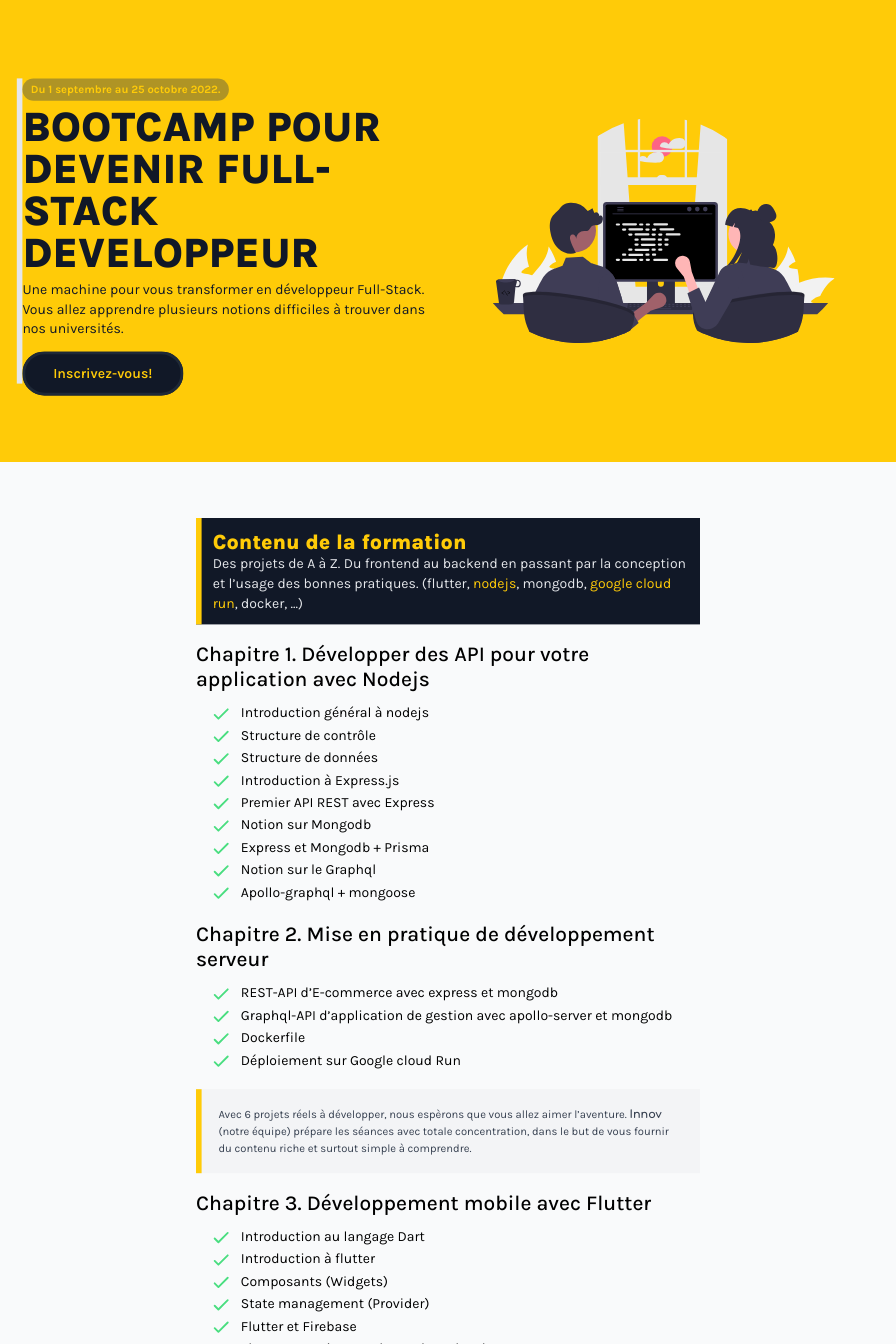
Repository: alfredlwanzo/course
Page: /
These files come from the project's save history. The page is drawn as it stood at one moment and after the next save; the edit follows.
The browser window is 1280 px wide. The pictures show the part of the page from y = 0 to 1920 px (the page is 3478 px tall), at 70% of full size.
The project was rebuilt for these pictures with package versions that can differ from the ones it lists, and the page was loaded fresh each time. The framework's server and built-in components were replaced by stand-ins that run in the browser. Also part of the build but not shown: next.config.js.

Above is the page before, as saved 2022-08-09 16:14:05.

### pages/_app.tsx
import '../src/styles/globals.css'
import type { AppProps } from 'next/app'

function MyApp({ Component, pageProps }: AppProps) {
  return <Component {...pageProps} />
}

export default MyApp

### pages/_document.tsx
import NextDocument, { Html, Head, Main, NextScript } from "next/document";

type Props = {};

class MyDocument extends NextDocument<Props> {
  render() {
    return (
      <Html>
        <Head>
          <link rel="manifest" href="/manifest.json" />
          <link rel="apple-touch-icon" href="/icon.png"></link>
          <meta name="theme-color" content="#FFCB08" />
          <link rel="icon" href="/favicon.ico" />
        </Head>
        <body>
          <Main />
          <NextScript />
        </body>
      </Html>
    );
  }
}

export default MyDocument;

### pages/index.tsx
import Footer from '@src/components/Footers/Footer'
import ContentSection from '@src/components/sections/Content'
import HomeSection from '@src/components/sections/Home'
import PricingSection from '@src/components/sections/Pricing'
import type { NextPage } from 'next'
import Head from 'next/head'
import Image from 'next/image'


const Home: NextPage = () => {
  return (
    <div className="">
      <Head>
        <title>Innov | Bootcamp pour devenir fullStack developpeur</title>
        <meta name="description" content="Generated by create next app" />
        <link rel="icon" href="/favicon.ico" />
      </Head>

      <main className="">
       <section className="bg-primary pt-12 md:pt-28 pb-14 md:pb-28">
        {/* section Home */}
        <HomeSection/>
       </section>

       {/* section content */}
       <section className="py-6 md:py-20">
        <ContentSection/>
       </section>
       {/* Section pricing */}
       <section>
        <PricingSection/>
       </section>
      </main>

      <Footer/>
    </div>
  )
}

export default Home

### src/styles/globals.css

/* Fonts: Comfortaa & Karla */
@import url('https://fonts.googleapis.com/css2?family=Comfortaa:wght@300;400;500;600;700&display=swap');
@import url('https://fonts.googleapis.com/css2?family=Karla:ital,wght@0,200;0,300;0,400;0,500;0,600;0,700;0,800;1,200;1,300;1,400;1,500;1,600;1,700;1,800&display=swap');

/* tailwind */
@tailwind base;
@tailwind components;
@tailwind utilities;


html,
body {
  padding: 0;
  margin: 0;
  @apply bg-gray-50;
  font-family: 'Karla', sans-serif;
}

a {
  color: inherit;
  text-decoration: none;
}

* {
  box-sizing: border-box;
}

### src/components/Footers/Footer.tsx
import React from 'react'
import Copyright from './Copyright'


const Footer = () => {
  return (
    <div className='bg-gray-900'>
        <Copyright/>
    </div>
  )
}

export default Footer

### src/components/sections/Content.tsx
import React from "react";
import { CheckIcon } from "@heroicons/react/outline";

const ContentSection = () => {
  return (
    <article className="max-w-3xl mx-auto px-3 sm:px-6">
      <blockquote className="bg-gray-900 border-l-8 border-l-primary text-xl text-gray-200 p-4">
        <h6 className="text-primary text-3xl font-extrabold">Contenu de la formation</h6>
        Des projets de A à Z. Du frontend au backend en passant par la conception et l’usage des bonnes pratiques. (flutter, <span className="text-primary">nodejs</span>,  mongodb, <span className="text-primary">google cloud run</span>, docker, ...)
        {/* Nous avons mis du temps à préparer afin de produire un contenue riche. Nous avons appliqué une approche de rendre des notions complexes, faciles à apprendre. Nous voulons qu’une personne après avoir participer à cette formation puisse être capable de produire une application de A à Z sans beaucoup de difficultés. Notre Objectif est de créer de meilleurs développeurs Full-stack. */}
      </blockquote>
      {/* Chapter 1 */}
      <div className="mt-6">
        <h2 className="text-3xl font-medium">
          Chapitre 1. Développer des API pour votre application avec Nodejs
        </h2>
        <ul className="list-inside pl-5 mt-4">
          <li className="text-xl ">
            <CheckIcon className="inline-block h-8 w-8 mr-3 text-green-400" />
            Introduction général à nodejs
          </li>
          <li className="text-xl ">
            <CheckIcon className="inline-block h-8 w-8 mr-3 text-green-400" />
            Structure de contrôle
          </li>
          <li className="text-xl ">
            <CheckIcon className="inline-block h-8 w-8 mr-3 text-green-400" />
            Structure de données
          </li>
          <li className="text-xl ">
            <CheckIcon className="inline-block h-8 w-8 mr-3 text-green-400" />
            Introduction à Express.js
          </li>
          <li className="text-xl ">
            <CheckIcon className="inline-block h-8 w-8 mr-3 text-green-400" />
            Premier API REST avec Express
          </li>
          <li className="text-xl ">
            <CheckIcon className="inline-block h-8 w-8 mr-3 text-green-400" />
            Notion sur Mongodb
          </li>
          <li className="text-xl ">
            <CheckIcon className="inline-block h-8 w-8 mr-3 text-green-400" />
            Express et Mongodb + Prisma
          </li>
          <li className="text-xl ">
            <CheckIcon className="inline-block h-8 w-8 mr-3 text-green-400" />
            Notion sur le Graphql
          </li>
          <li className="text-xl ">
            <CheckIcon className="inline-block h-8 w-8 mr-3 text-green-400" />
            Apollo-graphql + mongoose
          </li>
        </ul>
      </div>
      {/* Chapitre 2 */}
      <div className="mt-6">
        <h2 className="text-3xl font-medium">
          Chapitre 2. Mise en pratique de développement serveur
        </h2>
        <ul className="list-inside pl-5 mt-4 ">
          <li className="text-xl ">
            <CheckIcon className="inline-block h-8 w-8 mr-3 text-green-400" />
            REST-API d’E-commerce avec express et mongodb
          </li>
          <li className="text-xl ">
            <CheckIcon className="inline-block h-8 w-8 mr-3 text-green-400" />
            Graphql-API d’application de gestion avec apollo-server et mongodb
          </li>
          <li className="text-xl ">
            <CheckIcon className="inline-block h-8 w-8 mr-3 text-green-400" />
            Dockerfile
          </li>
          <li className="text-xl ">
            <CheckIcon className="inline-block h-8 w-8 mr-3 text-green-400" />
            Déploiement sur Google cloud Run
          </li>
        </ul>
      </div>
      <blockquote className="border-l-8 border-l-primary p-6 mt-6 bg-gray-100 text-gray-700">
      Avec 6 projets réels à développer,
            nous espèrons que vous allez aimer l’aventure.{" "}
            <span className="font-comfortaa font-bold">Innov</span> (notre
            équipe) prépare les séances avec totale concentration, dans le but
            de vous fournir du contenu riche et surtout simple à comprendre.
      </blockquote>
      {/* Chapitre 3 */}
      <div className="mt-6">
        <h2 className="text-3xl font-medium">
          Chapitre 3. Développement mobile avec Flutter
        </h2>
        <ul className="list-inside pl-5 mt-4 ">
          <li className="text-xl ">
            <CheckIcon className="inline-block h-8 w-8 mr-3 text-green-400" />
            Introduction au langage Dart
          </li>
          <li className="text-xl ">
            <CheckIcon className="inline-block h-8 w-8 mr-3 text-green-400" />
            Introduction à flutter
          </li>
          <li className="text-xl ">
            <CheckIcon className="inline-block h-8 w-8 mr-3 text-green-400" />
            Composants (Widgets)
          </li>
          <li className="text-xl ">
            <CheckIcon className="inline-block h-8 w-8 mr-3 text-green-400" />
            State management (Provider)
          </li>
          <li className="text-xl ">
            <CheckIcon className="inline-block h-8 w-8 mr-3 text-green-400" />
            Flutter et Firebase
          </li>
          <li className="text-xl ">
            <CheckIcon className="inline-block h-8 w-8 mr-3 text-green-400" />
            Flutter et SQLite pour le stockage local
          </li>
          <li className="text-xl ">
            <CheckIcon className="inline-block h-8 w-8 mr-3 text-green-400" />
            Flutter pour le Media (Camera, Image, vidéo, audio)
          </li>
        </ul>
      </div>
       {/* Chapitre 4 */}
       <div className="mt-6">
        <h2 className="text-3xl font-medium">
          Chapitre 4. Mise en pratique complète, Section de clonage de projets existant
        </h2>
        <ul className="list-inside pl-5 mt-4 ">
          <li className="text-xl ">
            <CheckIcon className="inline-block h-8 w-8 mr-3 text-green-400" />
            Développement d’une application d’E-commerce avec REST-API
          </li>
          <li className="text-xl ">
            <CheckIcon className="inline-block h-8 w-8 mr-3 text-green-400" />
            Développement d’une application de Twitter avec Google Firebase
          </li>
          <li className="text-xl ">
            <CheckIcon className="inline-block h-8 w-8 mr-3 text-green-400" />
            Développement d’une librairie client pour graphql
          </li>
          <li className="text-xl ">
            <CheckIcon className="inline-block h-8 w-8 mr-3 text-green-400" />
            Développement d’une application de Gestion commerciale avec Graphql avec AWS AppSync
          </li>
          <li className="text-xl ">
            <CheckIcon className="inline-block h-8 w-8 mr-3 text-green-400" />
            Déploiement sur playstore
          </li>
        </ul>
      </div>
      <blockquote className="border-l-8 border-l-primary p-6 mt-6 bg-gray-100 text-gray-700">
        En participant vous aurez <span className="font-bold text-primary">accès à une vidéo chaque jour</span> pour rappeler les notions apprise pendant le live
      </blockquote>
    </article>
  );
};

export default ContentSection;

### src/components/sections/Home.tsx
import React from "react";
import SubscribeButton from "../buttons/SubscribeButton";
import PairProgramming from "../icons/PairProgramming";

const HomeSection = () => {
  return (
    <div className="max-w-7xl mx-auto px-3 sm:px-6">
      <div className="grid md:grid-cols-2 gap-10 lg:gap-0">
        <div className="lg:border-l-8">
          <div className="bg-gray-700 bg-opacity-40 w-max py-1 px-3 rounded-full">
            <h6 className="font-bold text-primary">
              Du 1 septembre au 25 octobre 2022.
            </h6>
          </div>
          <h1 className="text-5xl md:text-6xl text-gray-900 font-extrabold uppercase mt-2">
            Bootcamp pour devenir full-stack developpeur
          </h1>
          <p className="text-xl mt-2 text-gray-900">
            Une machine pour vous transformer en développeur
            Full-Stack. Vous allez apprendre plusieurs notions difficiles à
            trouver dans nos universités.
          </p>
          <div className="hidden md:block mt-9">
            <SubscribeButton />
          </div>
        </div>
        <div className="flex flex-col items-center justify-center">
          <PairProgramming className="w-auto h-52 md:h-80 -bottom-10" />
          <div className="block md:hidden mt-12">
            <SubscribeButton />
          </div>
        </div>
      </div>
    </div>
  );
};

export default HomeSection;

### src/components/sections/Pricing.tsx

const tiers = [
  {
    name: 'En ligne',
    href: 'https://wa.me/+243978154329',
    price: 75,
    description: "La formation se passe en ligne en live.  2 heures par jour",
  },
  {
    name: 'En presentielle',
    href: 'https://wa.me/+243978154329',
    price: 100,
    description: 'Nous ne recevons que 5 personnes au sein de nos locaux à Butembo',
  },
]

export default function PricingSection() {
  return (
    <div className="bg-gray-900">
      <div className="pt-12 sm:pt-16 lg:pt-24">
        <div className="max-w-4xl mx-auto text-center px-4 sm:px-6 lg:px-8">
          <div className="max-w-3xl mx-auto space-y-2 lg:max-w-none">
            <h2 className="text-lg leading-6 font-semibold text-primary uppercase tracking-wider">Tarif</h2>
            <p className="text-3xl font-extrabold text-white sm:text-4xl lg:text-5xl">
            Investissez à vous
            </p>
            <p className="text-xl text-gray-300">
              pour votre indépendance
            </p>
          </div>
        </div>
      </div>
      <div className="mt-8 pb-12 bg-gray-50 sm:mt-12 sm:pb-16 lg:mt-16 lg:pb-24">
        <div className="relative">
          <div className="absolute inset-0 h-3/4 bg-gray-900" />
          <div className="relative z-10 max-w-4xl mx-auto px-4 sm:px-6 lg:px-8">
            <div className="max-w-md mx-auto space-y-4 lg:max-w-5xl lg:grid lg:grid-cols-2 lg:gap-5 lg:space-y-0">
              {tiers.map((tier) => (
                <div key={tier.name} className="flex flex-col rounded-lg shadow-lg overflow-hidden">
                  <div className="px-6 py-8 bg-white sm:p-10 sm:pb-6">
                    <div>
                      <h3
                        className="inline-flex px-4 py-1 rounded-full text-sm font-semibold tracking-wide uppercase bg-gray-50 text-gray-900"
                        id="tier-standard"
                      >
                        {tier.name}
                      </h3>
                    </div>
                    <div className="mt-4 flex items-baseline text-6xl font-extrabold">
                      ${tier.price}
                    </div>
                    <p className="mt-5 text-xl text-gray-500">{tier.description}</p>
                  </div>
                  <div className="flex-1 flex flex-col justify-between px-6 pt-6 pb-8 bg-gray-50 space-y-6 sm:p-10 sm:pt-6">

                    <div className="rounded-full shadow">
                      <a
                        href={tier.href}
                        target="_blank"
                        rel="noreferrer"
                        className="flex items-center justify-center px-5 py-3 border border-transparent text-xl font-medium rounded-full text-primary bg-gray-900 hover:bg-gray-900"
                        aria-describedby="tier-standard"
                      >
                        Inscrivez-vous!
                      </a>
                    </div>
                  </div>
                </div>
              ))}
            </div>
          </div>
        </div>
        <div className="mt-4 relative max-w-4xl mx-auto px-4 sm:px-6 lg:px-8 lg:mt-5">
          <div className="max-w-md mx-auto lg:max-w-5xl">
            <div className="border-l-8 border-l-primary bg-gray-900 px-6 py-8 sm:p-10 lg:flex lg:items-center">
              <div className="flex-1">
                <div>
                  <h3 className="inline-flex px-4 py-1 rounded-full text-sm font-semibold tracking-wide uppercase bg-white text-gray-800">
                    Réduction
                  </h3>
                </div>
                <div className="mt-4 text-lg text-gray-100">
                Nous offrons aux 10 premiers inscrits une <span className="font-bold text-primary">réduction de 15$</span> à chaque personne qui va s’inscrire à la formation en ligne avant le 25 Août. Soit <span className="text-primary">60$</span> cash.
                </div>
              </div>
              <div className="mt-6 rounded-md shadow lg:mt-0 lg:ml-10 lg:flex-shrink-0">
                <a
                  href="https://wa.me/+243978154329"
                  target="_blank"
                  rel="noreferrer"
                  className="flex items-center justify-center animate-pulse px-5 py-3 border border-transparent text-base font-medium rounded-full text-gray-900 bg-white hover:bg-gray-50"
                >
                  Profiter de l&apos;occation
                </a>
              </div>
            </div>

          </div>
        </div>
      </div>
    </div>
  )
}

### src/components/Footers/Copyright.tsx
import React from 'react'

const Copyright = () => {
  return (
    <div className='max-w-7xl mx-auto px-3 sm:px-6" py-3 text-gray-200 '>
        <p className='text-xs'>© 2022 InnovToast. Tous droits réservés.</p>
    </div>
  )
}

export default Copyright

### src/components/buttons/SubscribeButton.tsx
import React from "react";

const SubscribeButton = () => {
  return (
    <a
      href="https://wa.me/+243978154329"
      target="_blank"
      rel="noreferrer"
      className="bg-gray-900 text-primary animate-pulse py-4 px-10 text-xl font-semibold rounded-full border-4 border-gray-800 hover:bg-opacity-95 hover:border-gray-900"
    >
      Inscrivez-vous!
    </a>
  );
};

export default SubscribeButton;

Loaded but not shown: tailwind.config.js (18 lines, source omitted); src/components/icons/PairProgramming.tsx (865 lines, source omitted)

After the next save:
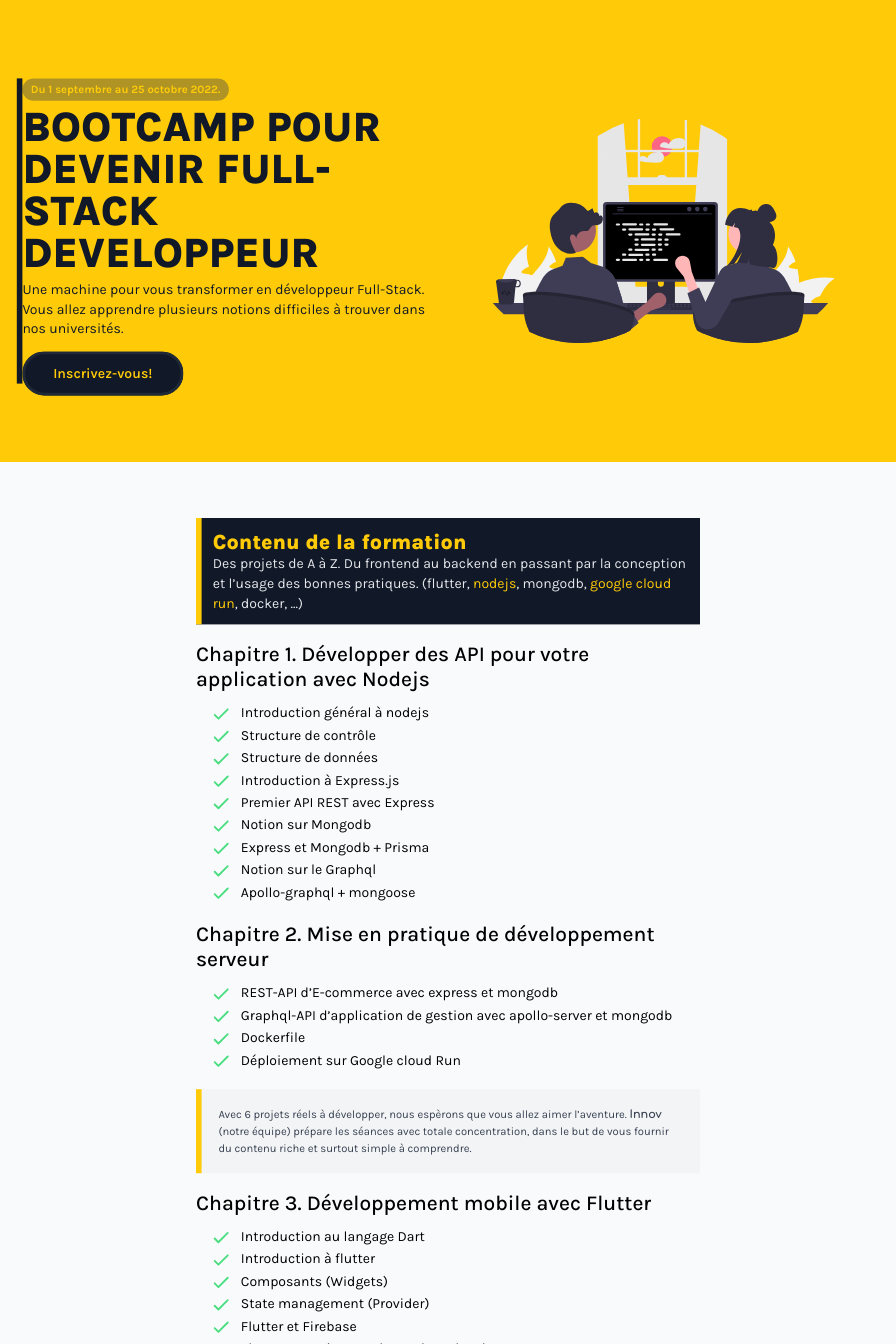
Saved 22 s later.
--- a/src/components/sections/Home.tsx
+++ b/src/components/sections/Home.tsx
@@ -6,7 +6,7 @@
   return (
     <div className="max-w-7xl mx-auto px-3 sm:px-6">
       <div className="grid md:grid-cols-2 gap-10 lg:gap-0">
-        <div className="lg:border-l-8">
+        <div className="lg:border-l-8 border-l-gray-900">
           <div className="bg-gray-700 bg-opacity-40 w-max py-1 px-3 rounded-full">
             <h6 className="font-bold text-primary">
               Du 1 septembre au 25 octobre 2022.
